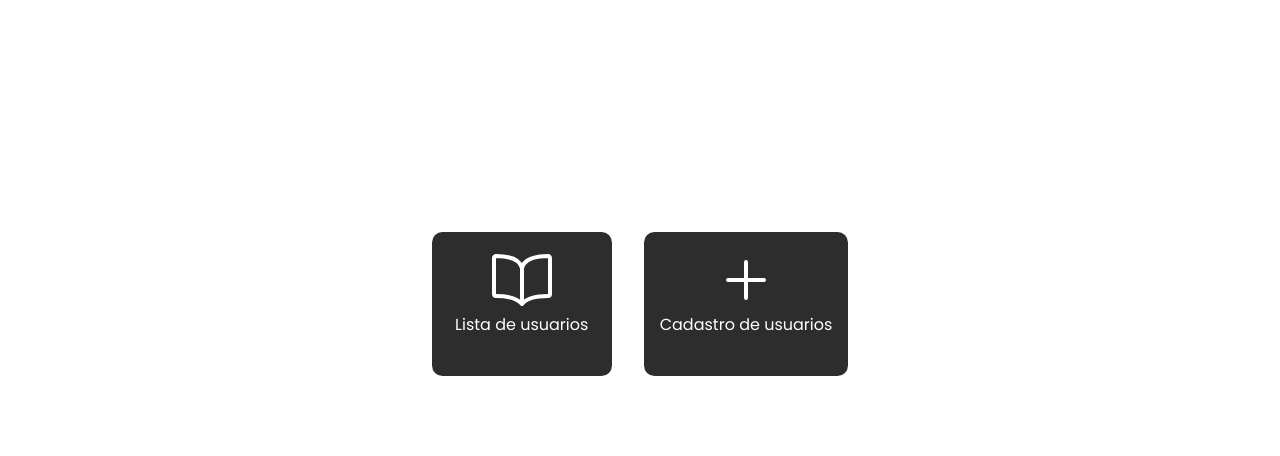
Repository: BeatrizFloriano96/myPagesSpeedLog
Page: html/usuarios.html
An editor plug-in stored every save of this project. The page is shown before and after the next save, followed by the edit.
The browser window is 1280 px wide. The pictures show the whole page.

Above is the page before, as saved 2022-01-29 13:16:04.

After the next save:
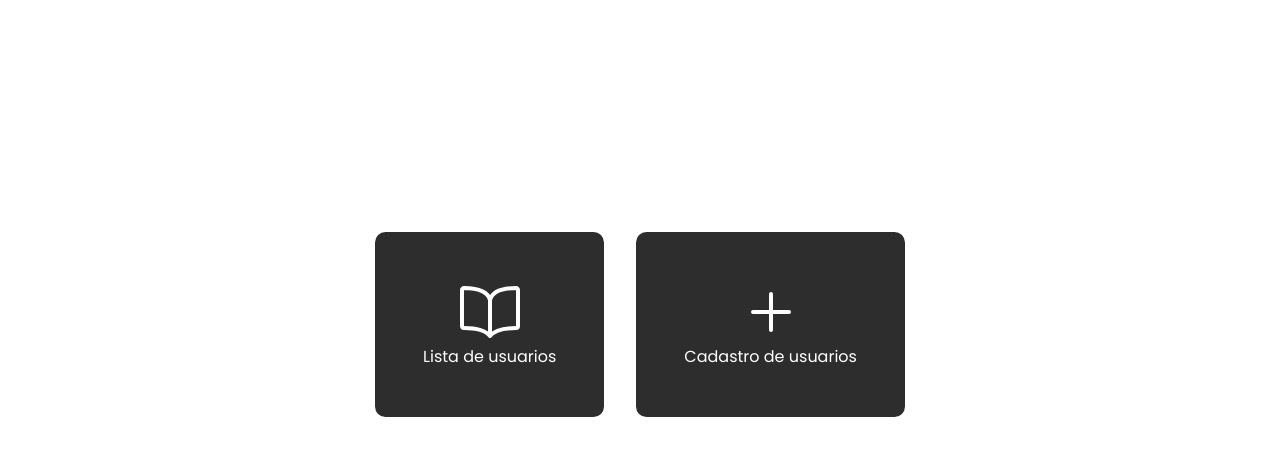
Saved 25 s later.
--- a/css/usuarios.css
+++ b/css/usuarios.css
@@ -15,7 +15,7 @@
         min-height: 20vh;
         min-width: 25vh;
         margin: 1rem;
-        padding: 1rem;
+        padding: 3rem;
         border-radius: 10.5px;
         text-align: center;
 

After the save that followed:
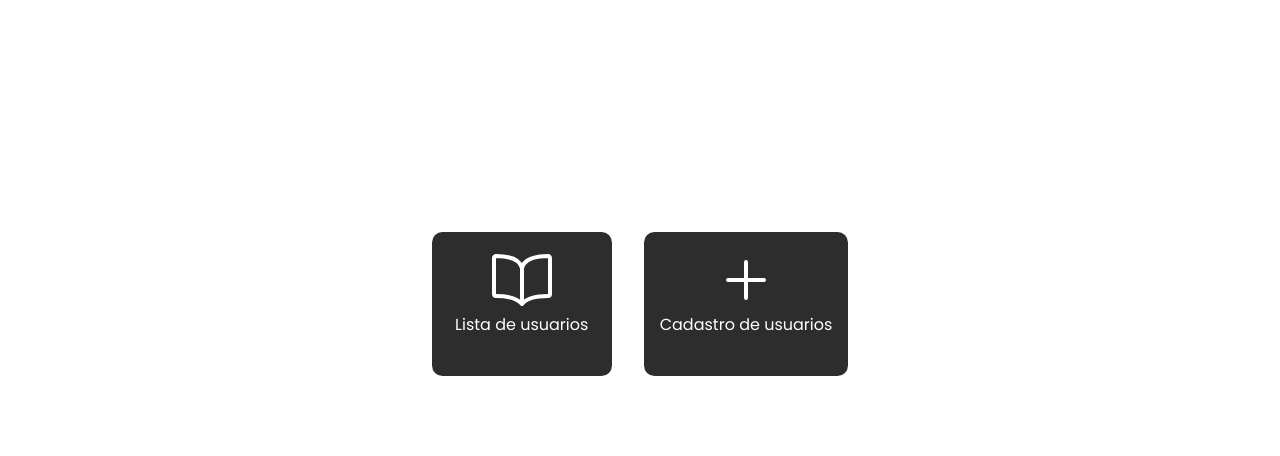
Saved 13 s later.
--- a/css/usuarios.css
+++ b/css/usuarios.css
@@ -15,7 +15,7 @@
         min-height: 20vh;
         min-width: 25vh;
         margin: 1rem;
-        padding: 3rem;
+        padding: 1rem;
         border-radius: 10.5px;
         text-align: center;
 
